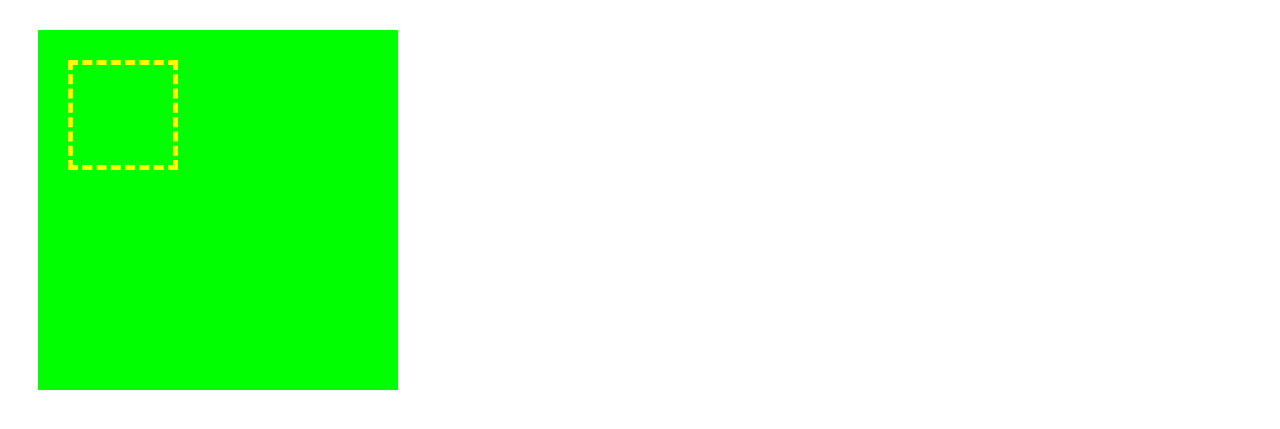
Repository: ego-boosting/assightment_1
Page: box/box.html
The author's editor kept a record of every edit. The page is drawn from the files as they stood at one moment, then again after the next edit.
The browser window is 1280 px wide. The pictures show the whole page.

Above is the page before.

### box/box.html
<!DOCTYPE HTML>

<html lang="ja">
  <head>
    <meta charset="UTF-8" />

    <link rel="stylesheet" href="box.css" />
    <title>BOX</title>
  </head>

   <body>
     <div class = "box1">
       <div class = "box2"></div>
     </div>

   </body>

  </html>

### box/box.css
.box1{
  width: 300px;
  height: 300px;
  background-color: #00ff00;
  margin: 30px;
  padding: 30px;
}

.box2{
  width: 100px;
  height: 100px;
  background-color: ;
  border: 5px dashed yellow;
}

After the next edit:
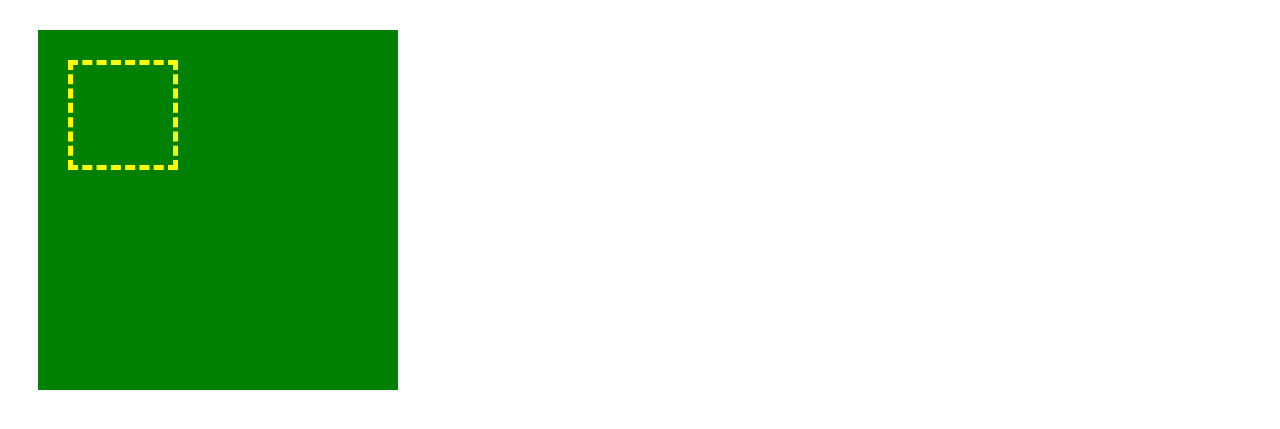
The edit:
--- a/box/box.css
+++ b/box/box.css
@@ -1,7 +1,7 @@
 .box1{
   width: 300px;
   height: 300px;
-  background-color: #00ff00;
+  background-color: #008000;
   margin: 30px;
   padding: 30px;
 }
